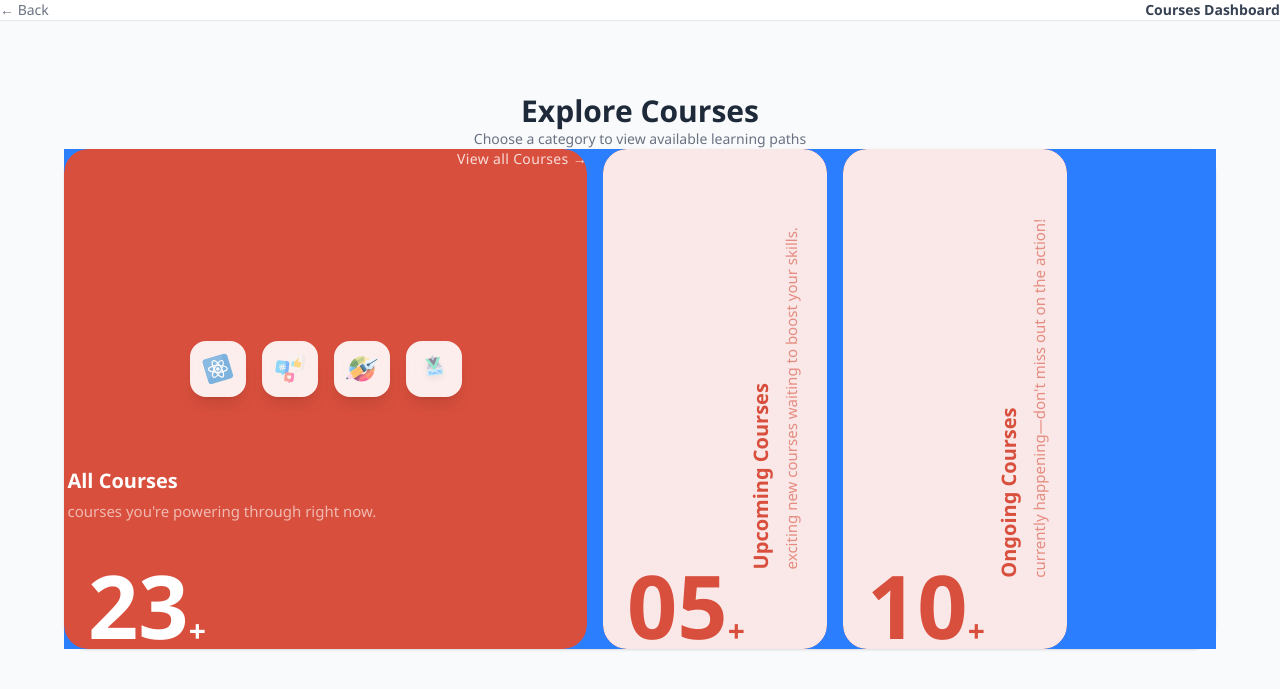
Repository: RahulRajKhadka/nextjs-dashboard-app
Page: /task2
These files come from the project's save history. The page is drawn as it stood at one moment and after the next save; the edit follows.
The browser window is 1280 px wide. The pictures show the whole page.
The project was rebuilt for these pictures with package versions that can differ from the ones it lists, and the page was loaded fresh each time. The framework's server and built-in components were replaced by stand-ins that run in the browser. Also part of the build but not shown: next.config.ts.

Above is the page before, as saved 2026-04-10 14:02:38.

After the next save:
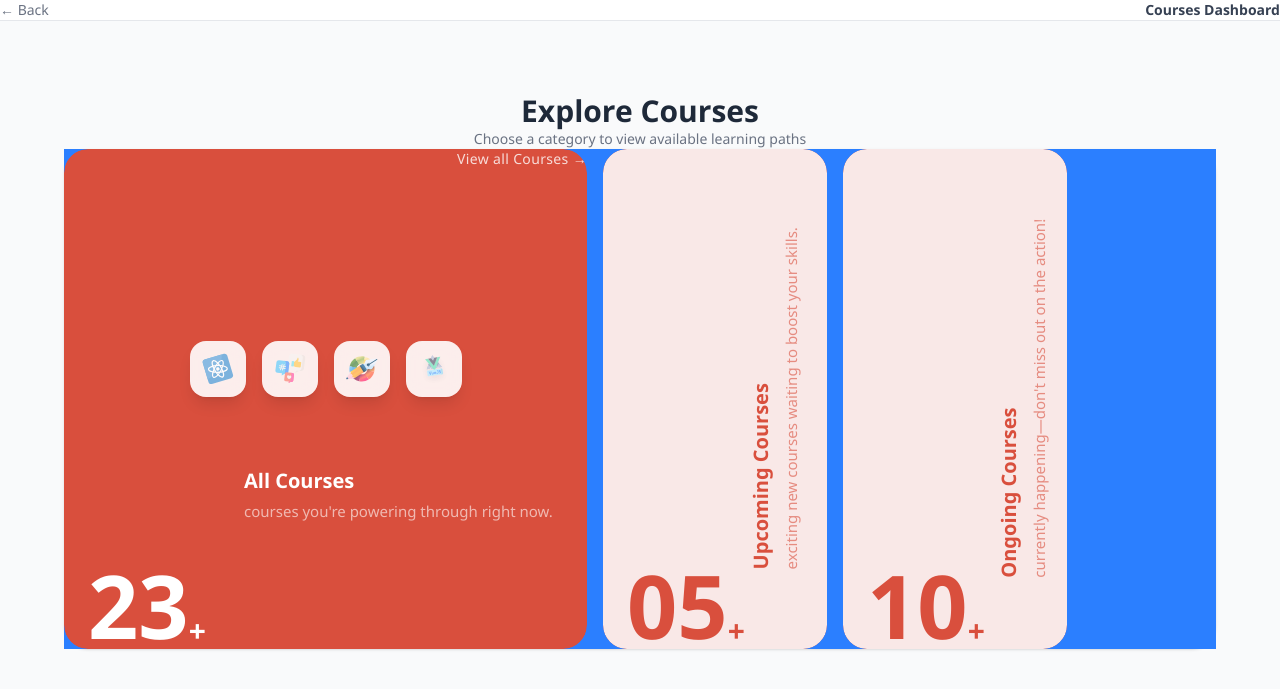
Saved 29 s later.
--- a/src/components/task2/CourseCard.tsx
+++ b/src/components/task2/CourseCard.tsx
@@ -62,7 +62,7 @@ export default function CourseCard({
         },
         {
           rotation: 0,
-          x: targetX,
+          x: 180,
           y: targetY,
           color: "#ffffff",
           duration: 0.8,
